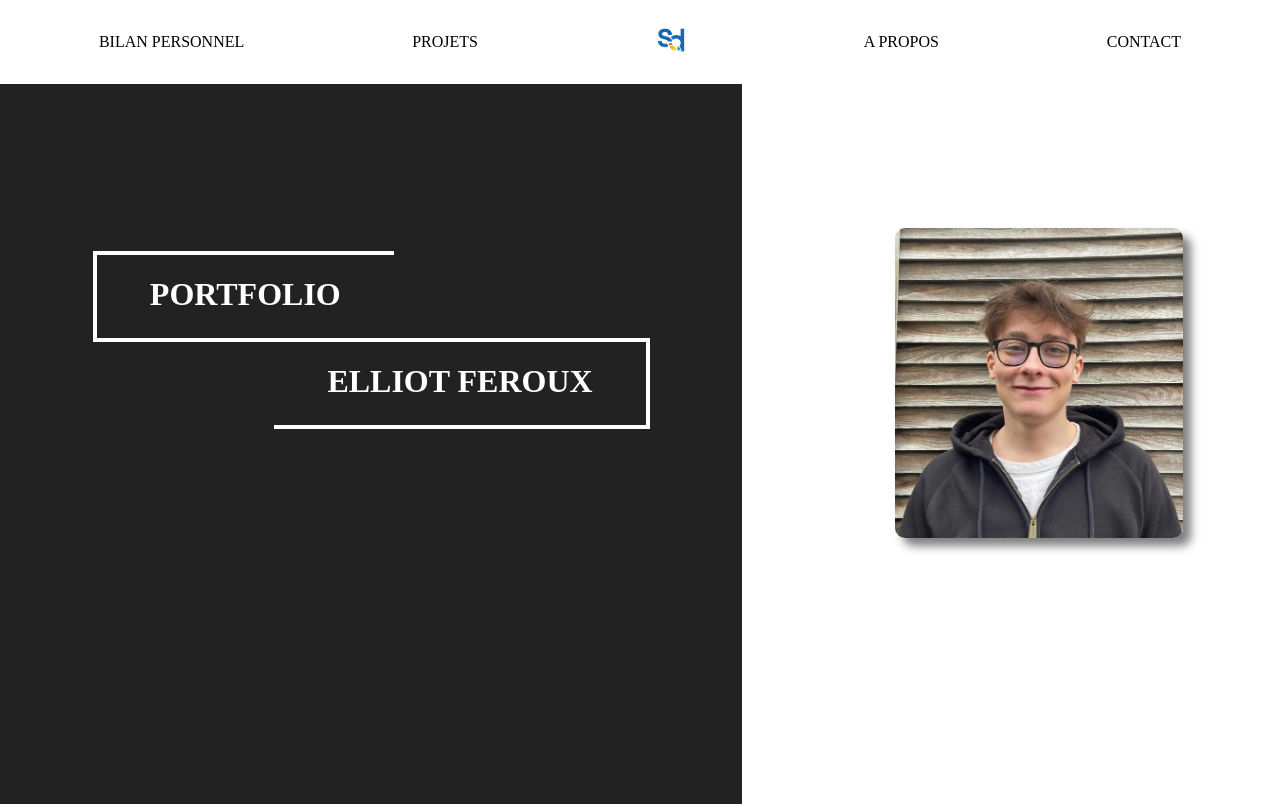
Repository: elliotfx/elliotfx.github.io
Page: html/main.html
These files come from the project's save history. The page is drawn as it stood at one moment and after the next save; the edit follows.
The browser window is 1280 px wide. The pictures show the whole page.

Above is the page before, as saved 2025-03-18 20:02:46.

After the next save:
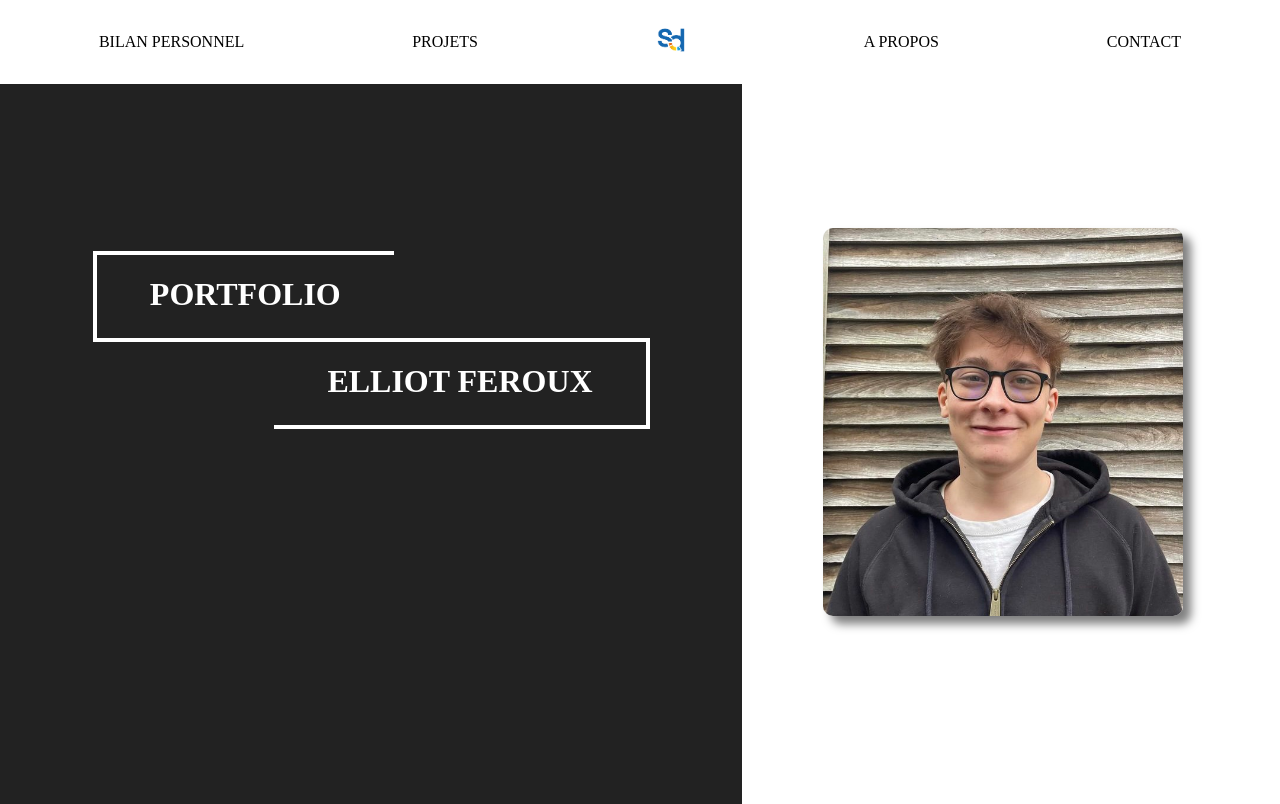
Saved 5 s later.
--- a/css/style.css
+++ b/css/style.css
@@ -42,7 +42,7 @@ body, html {
     float: right;
     border-radius: 10px;
     box-shadow: 8px 8px 10px 0 rgba(0, 0, 0, 0.5);
-    width: 40vh;
+    width: 50vh;
 }
 
 .photo2 {
